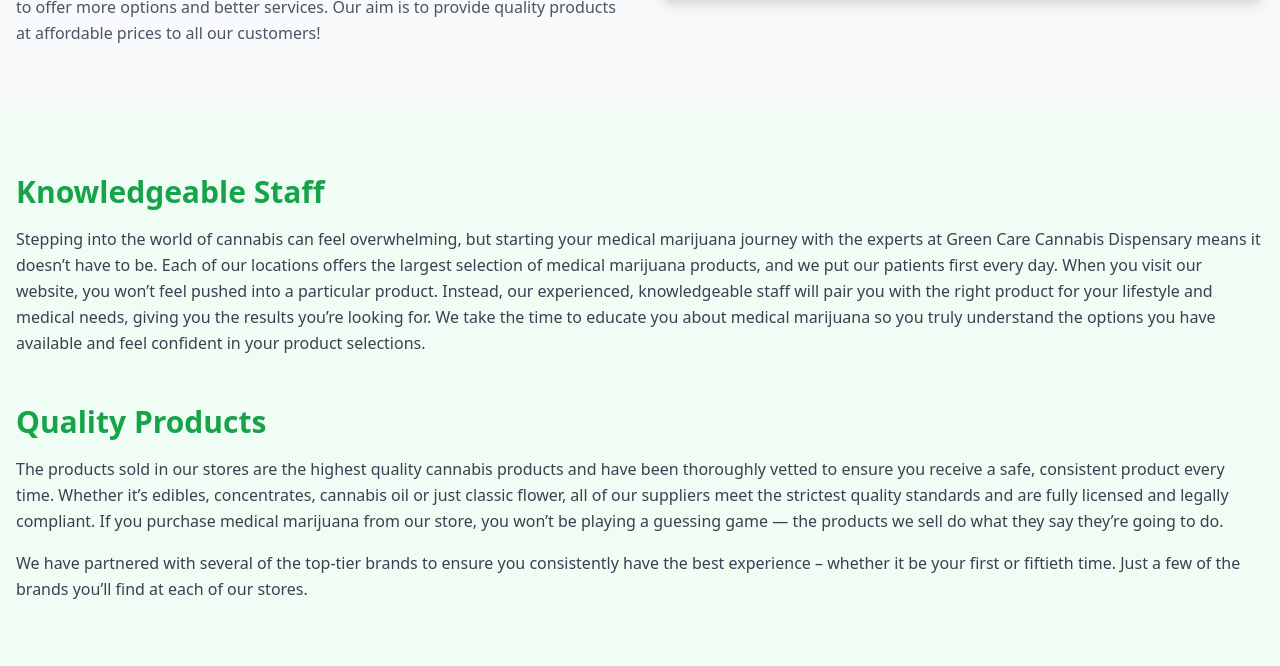
Repository: faryalsaleem50/greencare-cannabis
Page: about.html
An editor plug-in stored every save of this project. The page is shown before and after the next save, followed by the edit.
The browser window is 1280 px wide. The pictures show the part of the page from y = 894 to 1560 px (the page is 1560 px tall).
Some web libraries are served in a nearby version.

Above is the page before, as saved 2026-02-10 23:12:14.

After the next save:
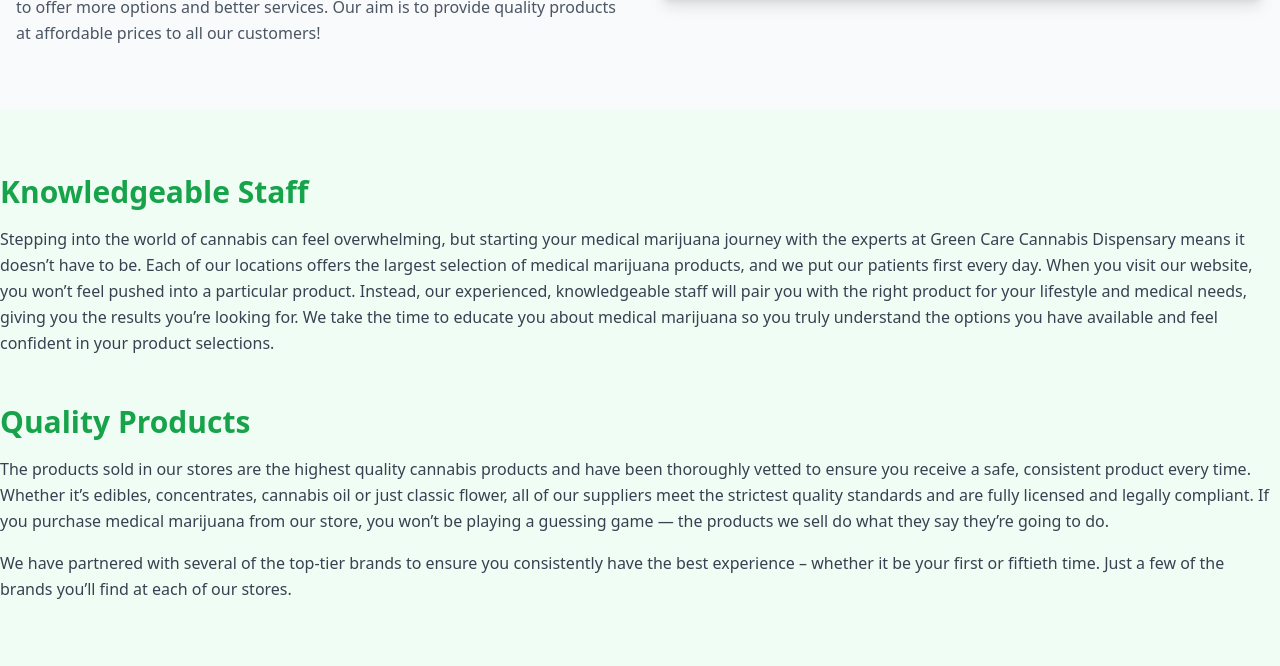
Saved 16 s later.
--- a/about.html
+++ b/about.html
@@ -145,7 +145,7 @@
   </div>
 </section>
 
-<section class="w-full bg-green-50 py-16">
+<section class="w-full bg-green-50 py-16 >
   <div class="container mx-auto px-4">
     <!-- Knowledgeable Staff -->
     <div class="mb-12">

After the save that followed:
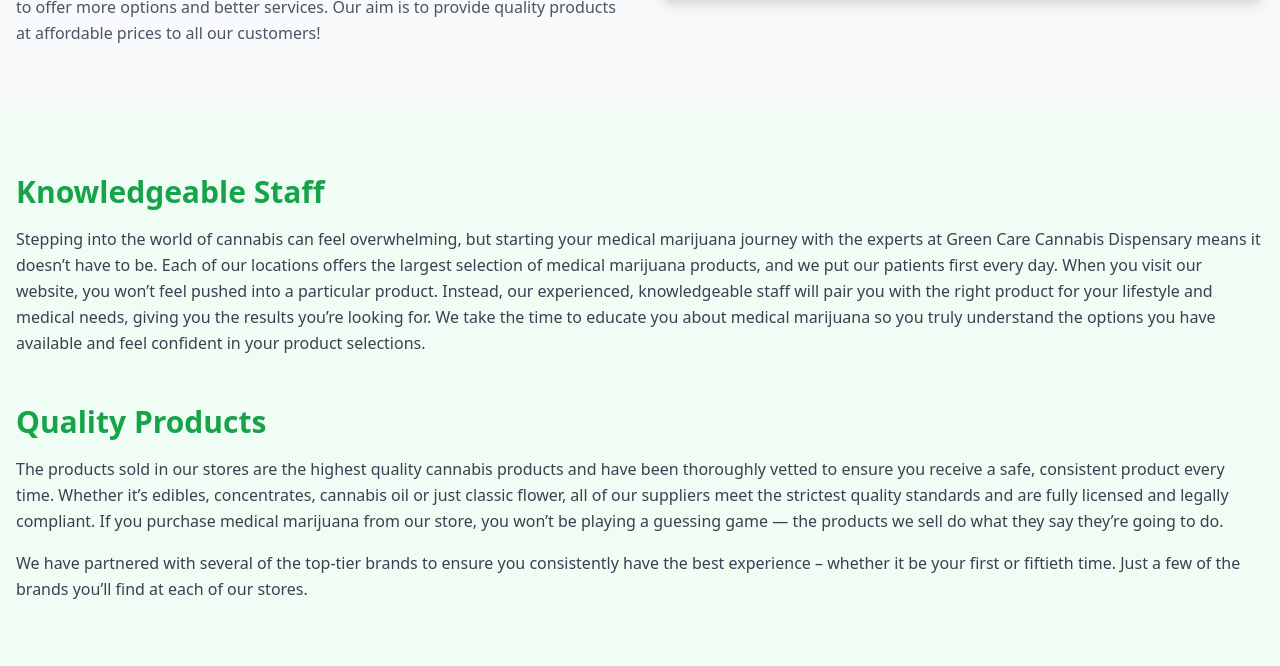
Saved 4 s later.
--- a/about.html
+++ b/about.html
@@ -145,7 +145,7 @@
   </div>
 </section>
 
-<section class="w-full bg-green-50 py-16 >
+<section class="w-full bg-green-50 py-16">
   <div class="container mx-auto px-4">
     <!-- Knowledgeable Staff -->
     <div class="mb-12">
